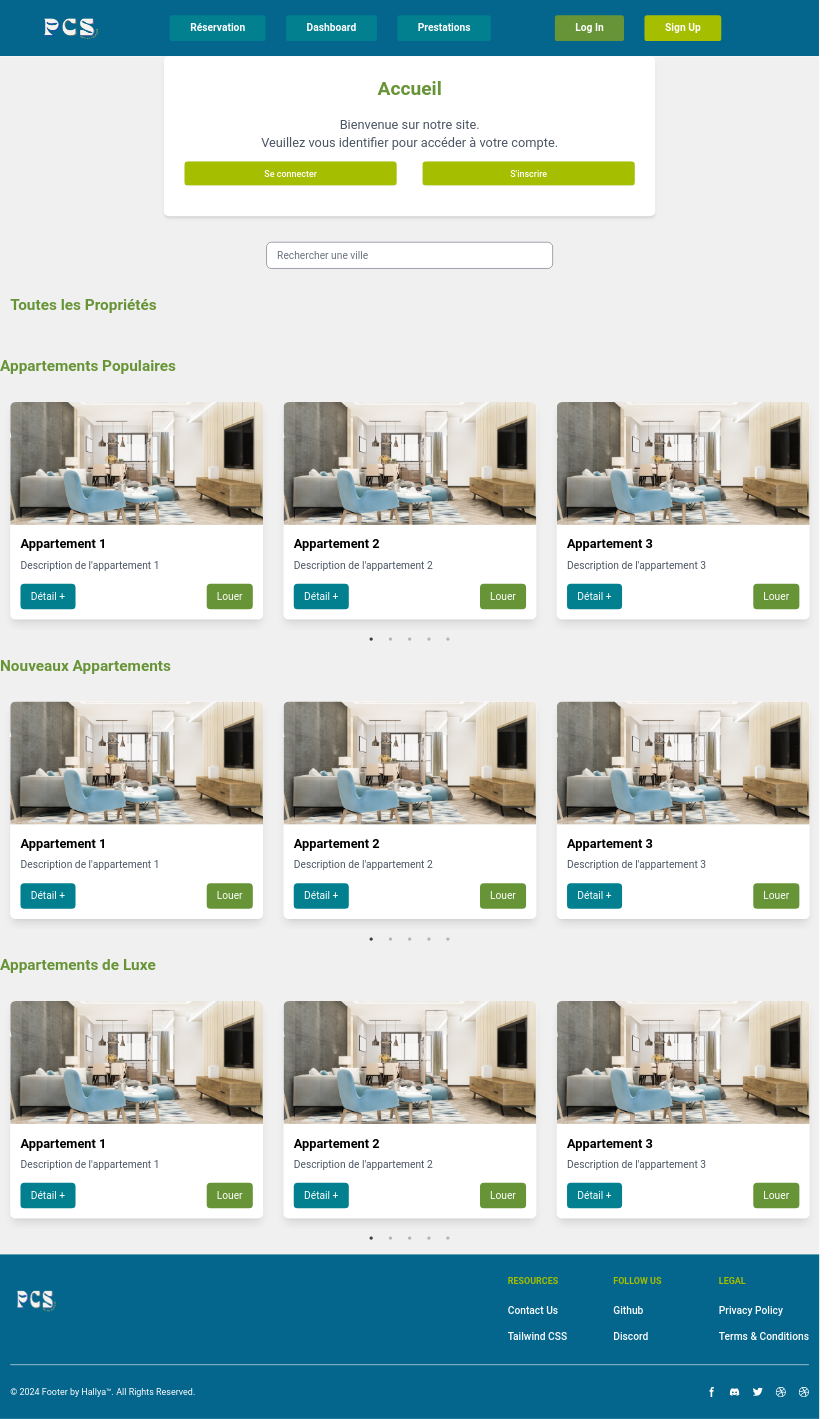
Repository: HATTOUNGBRE/ProjetAnnuel2
Page: / (app in FRONT/)
These files come from the project's save history. The page is drawn as it stood at one moment and after the next save; the edit follows.
The browser window is 1280 px wide. The page is 1305 px wide, so the pictures cover 1305 px, including what lies to the right of the window. The pictures show the whole page, at 64% of full size.
The page's requests for data from a server got no answer. The project was rebuilt for these pictures with package versions that can differ from the ones it lists, and the page was loaded fresh each time. No one was signed in, and anything a server would have sent is missing. Also part of the build but not shown: FRONT/vite.config.js, FRONT/src/components/PropertyCard.jsx, FRONT/src/components/Contact.jsx, FRONT/src/components/CatUser.jsx, FRONT/src/components/Login.jsx, FRONT/src/components/prestataire/PrestataireType.jsx, FRONT/src/components/prestataire/PrestataireDetails.jsx, FRONT/src/components/Account.jsx and 14 more.

Above is the page before, as saved 2024-06-28 10:26:18.

After the next save:
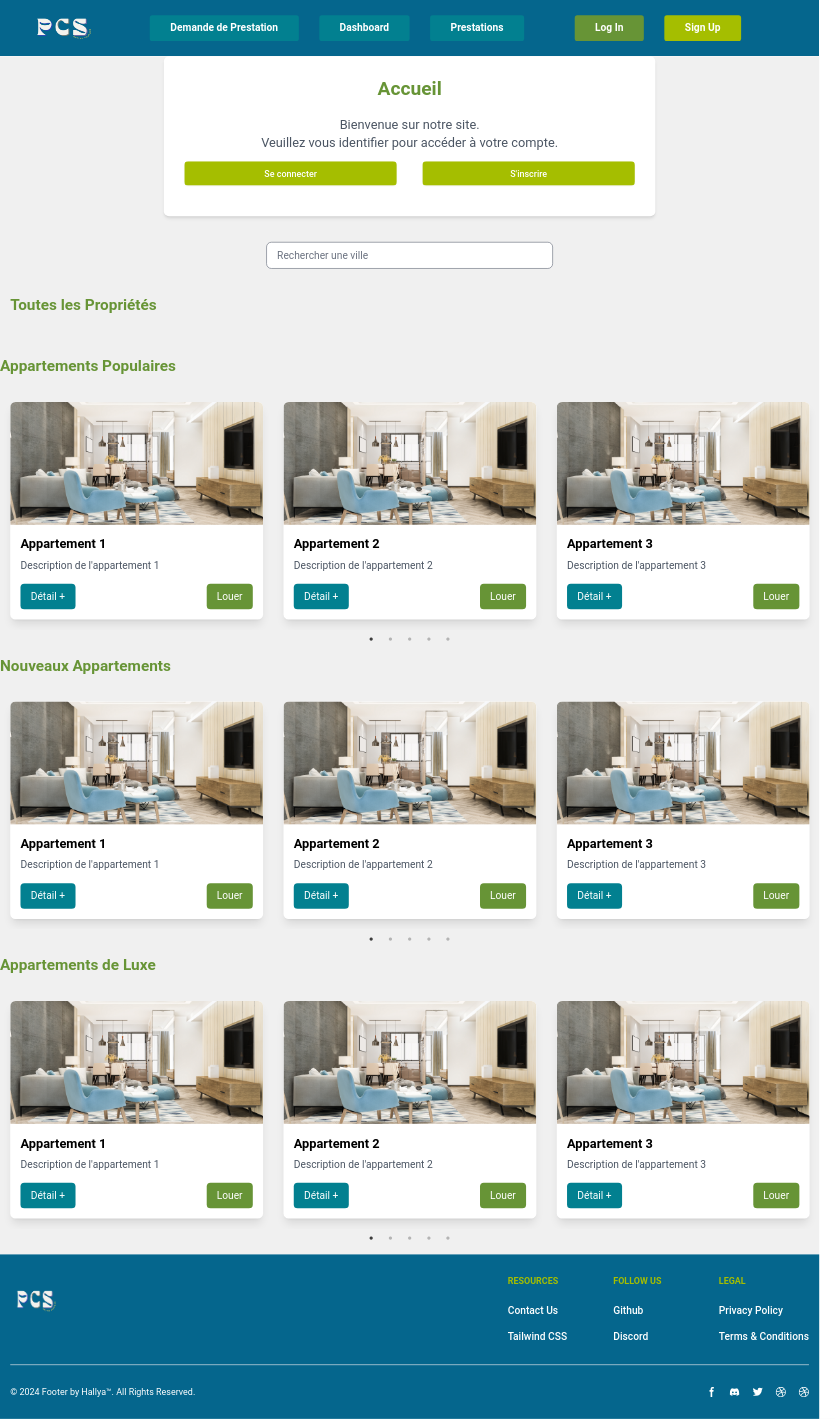
Saved 4 min 27 s later.
--- a/FRONT/src/components/Nav.jsx
+++ b/FRONT/src/components/Nav.jsx
@@ -9,7 +9,7 @@ function Nav(props) {
             <div className='flex space-x-8'>
                 <Link to={`/${userRole}/Reservation`}>
                     <button className="bg-pcs-250 hover:bg-pcs-300 text-white font-bold py-2 px-8 rounded">
-                        Réservation
+                        Demande de Prestation
                     </button>
                 </Link>
 
